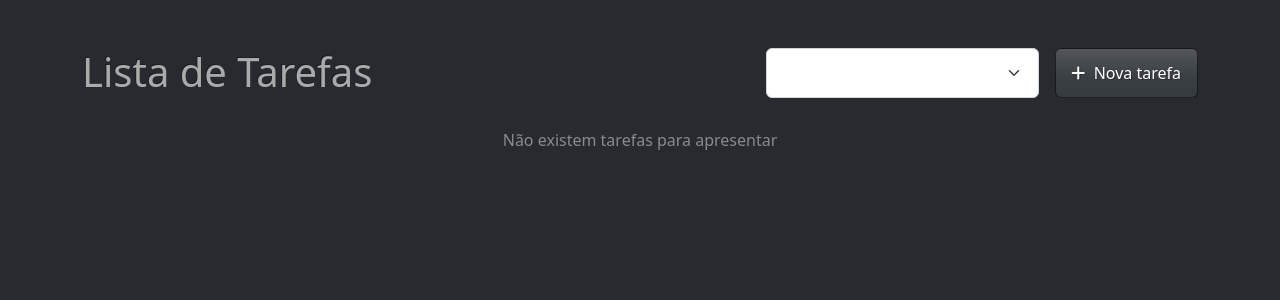
Repository: cargugati/lista_tarefas
Page: frontEnd/index.html
These files come from the project's save history. The page is drawn as it stood at one moment and after the next save; the edit follows.
The browser window is 1280 px wide. The pictures show the whole page.

Above is the page before, as saved 2023-03-18 20:16:09.

After the next save:
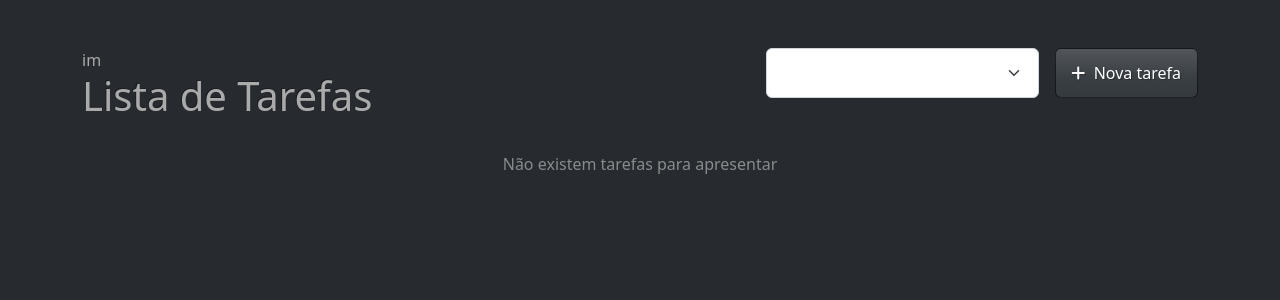
Saved 33 s later.
--- a/frontEnd/index.html
+++ b/frontEnd/index.html
@@ -17,7 +17,7 @@
   <!--  -->
     <div class="row mb-4">
       <div class="col">
-
+        im
         <h1>Lista de Tarefas</h1>
       </div>
       <div class="col text-end">
